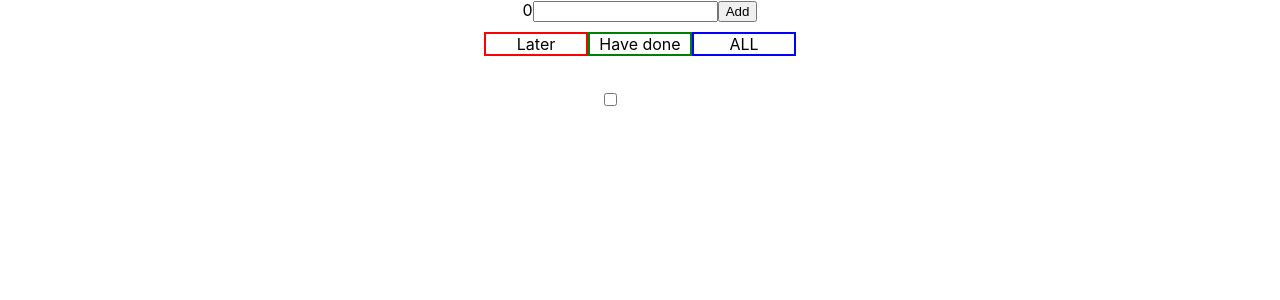
Repository: yurensmile/todolist
Page: /, after clicking the first element matching `button`
An editor plug-in stored every save of this project. The page is shown before and after the next save, followed by the edit.
The browser window is 1280 px wide. The pictures show the whole page.
The project was rebuilt for these pictures with package versions that can differ from the ones it lists, and the page was loaded fresh each time. Also part of the build but not shown: src/All.js, src/HaveDone.js.

Above is the page before, as saved 2019-03-20 16:42:13.

### src/App.js
import React, { Component } from 'react';
import Todos from './Todos'
import './App.css';

class App extends Component {

  constructor() {
    super();
    this.state={
      inputValue: '',
      laters: [],
      havedones: [],
      checked: false,
      id: 1
    };
    this.updateHavedone = this.updateHavedone.bind(this);
    this.updateLaters = this.updateLaters.bind(this);
  }

  handleOnClick() {
    this.setState(state =>{
      const laters = state.laters.concat(state.inputValue);

      return {
        laters,
        inputValue: ""
      }
    })
    console.log(this.state.all);
  }
  updateInputValue(e) {
    this.setState({
      inputValue: e.target.value
    })
  }

// 点击了三栏内容
  contentOnclick(e) {
    let choice = e.target.innerHTML;
    this.setState((preState)=>{
      switch(choice){
        case "Later": return {id: 1};
        case "Have done": return {id: 2};
        case "ALL": return {id: 3};
        default: return {id:1};
      }
    })
  }

 // 如果todo中的某个被点击，则在todo中删除，并添加到havedone中
  updateHavedone(index, item){
    this.setState(state => {
      let n = state.laters.indexOf(item);
      let tem = state.laters.slice();
      tem.splice(n, 1);
      let havedones = state.havedones.concat(item);
      return ({
        havedones,
        laters: tem
      })
    })
  }

// 如果havedone中的某个被点击，则在havedone中删除，并添加到later中
  updateLaters(index, item){
    console.log("this is updatelaters");
    this.setState(state => {
      let n = state.havedones.indexOf(item);
      let tem = state.havedones.slice();
      tem.splice(n, 1);
      let laters = state.laters.concat(item);
      return({
        laters,
        havedones: tem
      })
    })
  }

  render() {
    return (
      <div className="App">
        <span>{this.state.havedones.length}</span>
        <input type="text" hint="input what you will do" name="todo" value={this.state.inputValue} onChange={this.updateInputValue.bind(this)}/>
        <button onClick={this.handleOnClick.bind(this)}>Add</button><br/>
        <div id="content" onClick={this.contentOnclick.bind(this)}>
          <div className="choice later">Later</div>
          <div className="choice havedone" >Have done</div>
          <div className="choice all">ALL</div>
        </div>
        {/* 列表内容 */}
        <Todos
          id={this.state.id}
          laters={this.state.laters}
          havedones={this.state.havedones}
          all={this.state.all}
          updateHavedones={this.updateHavedone}
          updateLaters={this.updateLaters}
        />
        {/* <ul>
          {this.state.all.map((item, index)=>{
            return (
              <div onClick={this.handleTodoOnclick.bind(this, this.state.checked)}>
                <input className="toggle" type="checkbox"/>
                <li key={index}>{item}</li>
              </div>
            )
          })}
        </ul> */}
      </div>
    );
  }
}

export default App;

### src/Todos.js
import React, { Component } from 'react';
import All from './All'
import HaveDone from './HaveDone'
import Later from './Later'

class Todos extends Component{

  render(){
    return(
      <div>
        {
          (()=>{
            switch(this.props.id){
              case 1: return <Later laters={this.props.laters}
                                  updateHavedones={this.props.updateHavedones}
                                  />;
              case 2: return <HaveDone havedones={this.props.havedones}
                                  updateLaters={this.props.updateLaters}
                                  />;
              case 3: return <All laters={this.props.laters} havedones={this.props.havedones}/>
              default: console.log("sofunny");
            }

          })()}
      </div>
    )
  }
}
export default Todos;

### src/App.css
.App {
  text-align: center;
}
ul{
  list-style-type: none;
}
li{
  display: inline-block;
  width: 100px;
  height: 40px;
  line-height: 30px;
  height: 30px;
  margin-bottom: 4px;
}
.choice{
  margin-top: 10px;
  display: inline-block;
  width: 100px;
  text-align: center;
  border:2px solid rgb(197, 193, 193);
}
.later{
  border-color: red;
}
.havedone{
  border-color: green;
}
.all{
  border-color: blue;
}

.toggle{
  display: inline-block;
}
.App-link {
  color: #61dafb;
}

### src/Later.js
import React, { Component } from 'react';

class Later extends Component{
  constructor(props){
    super(props);
    this.state = {
      checked: false,
    };
  }

  // 点击了todo 列表的内容
  handleTodoOnclick(checked, index, item, e){
    // if e.target is not text
        // let box = e.target.previousSibling;
        this.setState((preState)=>{
          return {checked: !preState.checked}
        });
        if(checked){
          // thing to later
          // box.checked = false;
        }else{
          // thing to have done
          // box.checked = true;
  //如果later中的某个被点击，则在later中删除，并添加到havedone中
          this.props.updateHavedones(index, item);
        }
      }
  render(){
    return (
      <ul>
        {this.props.laters.map((item, index)=>{
          return (
            <div onClick={
              this.handleTodoOnclick.bind(this, this.state.checked, index, item)
              }>
              <input className="toggle" type="checkbox"/>
              <li style={{color: "red"}} key={index}>{item}</li>
            </div>
          )
        })}
      </ul>
    )
  }
}

export default Later;

Loaded but not shown: public/index.html (common file); src/index.js (common file); src/index.css (common file); src/serviceWorker.js (common file)

After the next save:
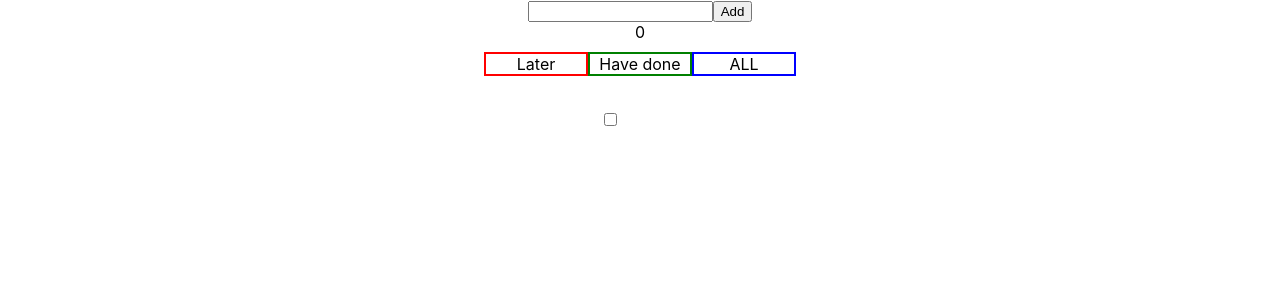
Saved 11 s later.
--- a/src/App.js
+++ b/src/App.js
@@ -79,9 +79,10 @@ class App extends Component {
   render() {
     return (
       <div className="App">
-        <span>{this.state.havedones.length}</span>
         <input type="text" hint="input what you will do" name="todo" value={this.state.inputValue} onChange={this.updateInputValue.bind(this)}/>
         <button onClick={this.handleOnClick.bind(this)}>Add</button><br/>
+
+        <span>{this.state.havedones.length}</span>
         <div id="content" onClick={this.contentOnclick.bind(this)}>
           <div className="choice later">Later</div>
           <div className="choice havedone" >Have done</div>
